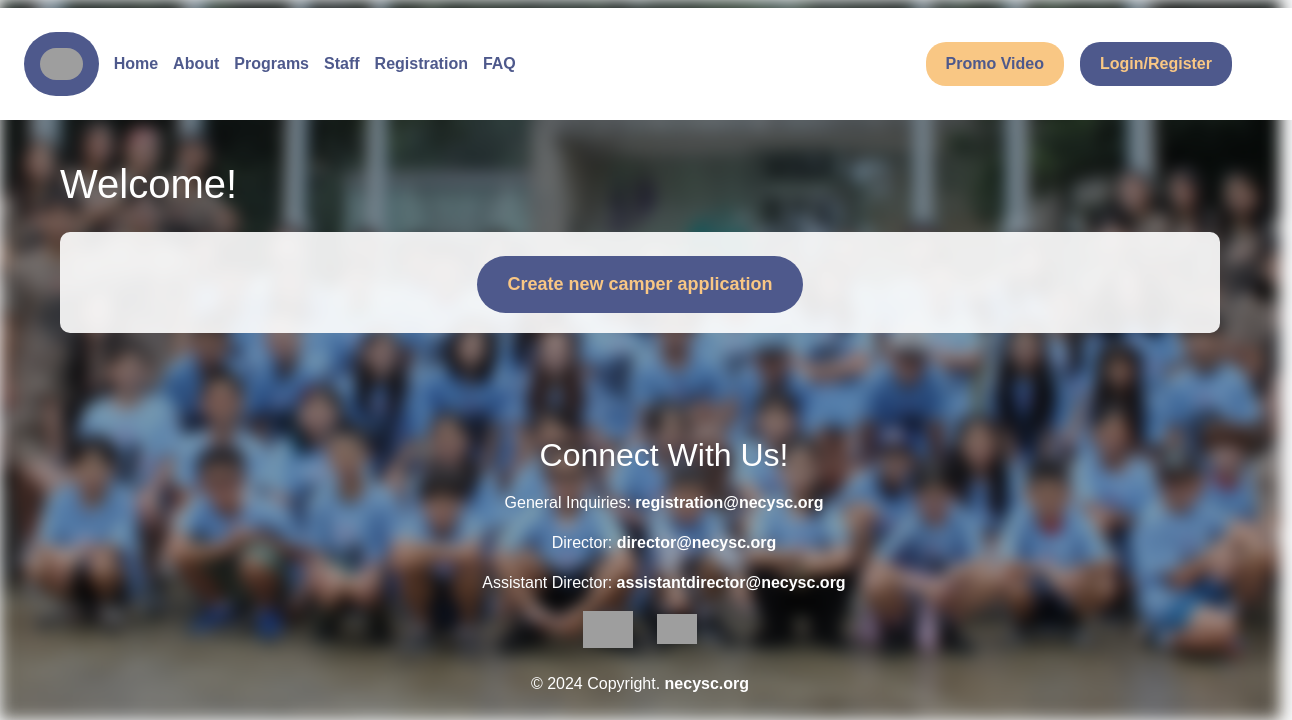
Repository: fullstackatbrown/project-necysc
Page: necysc_app/templates/necysc_app/applicant/index.html
The author's editor kept a copy of each file at every save. The page is drawn from the files as they stood at one save, then again after a run of saves.
The browser window is 1280 px wide. The page is 1292 px wide, so the pictures cover 1292 px, including what lies to the right of the window. The pictures show the whole page.
Pictures or frames that could not be fetched are drawn as grey boxes. Some web fonts or font styles are not loaded; a fallback is used. The template is drawn by Django 5.2. The application's start-up code is not run. The template is opened directly, without the code that normally fills it, so the values that code supplies are empty.

Above is the page before, as saved 2024-12-04 01:54:45.

After the next 2 saves:
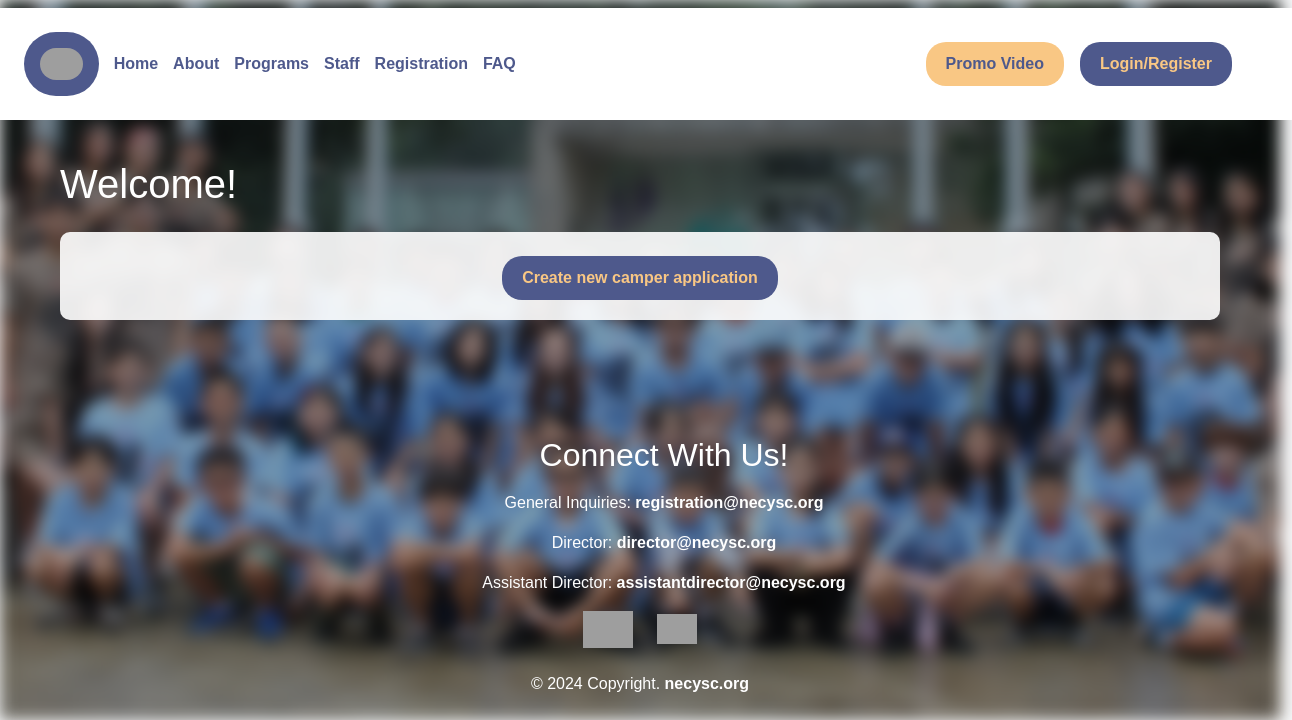
The 2 saves are shown as one change because they came seconds apart.
The last was saved 7 s later.
--- a/necysc_app/templates/necysc_app/applicant/index.html
+++ b/necysc_app/templates/necysc_app/applicant/index.html
@@ -99,24 +99,6 @@
 }
 
 
-.btn-purple {
-    background-color: #4e598c;
-    color: #f9c784;
-    transition: all 0.3s ease;
-    border: none;
-    padding: 15px 30px; /* 增加按钮的内边距 */
-    cursor: pointer;
-    width: auto; /* 取消固定宽度 */
-    font-size: 18px; /* 增加字体大小 */
-    border-radius: 50px;
-}
-
-.btn-purple:hover {
-    background-color: #f9c784;
-    color: #ffffff;
-}
-
-/* 放大按钮效果 */
 .enlarged-btn {
     transform: scale(1); /* 默认比例 */
     transition: transform 0.3s ease;

After the save that followed:
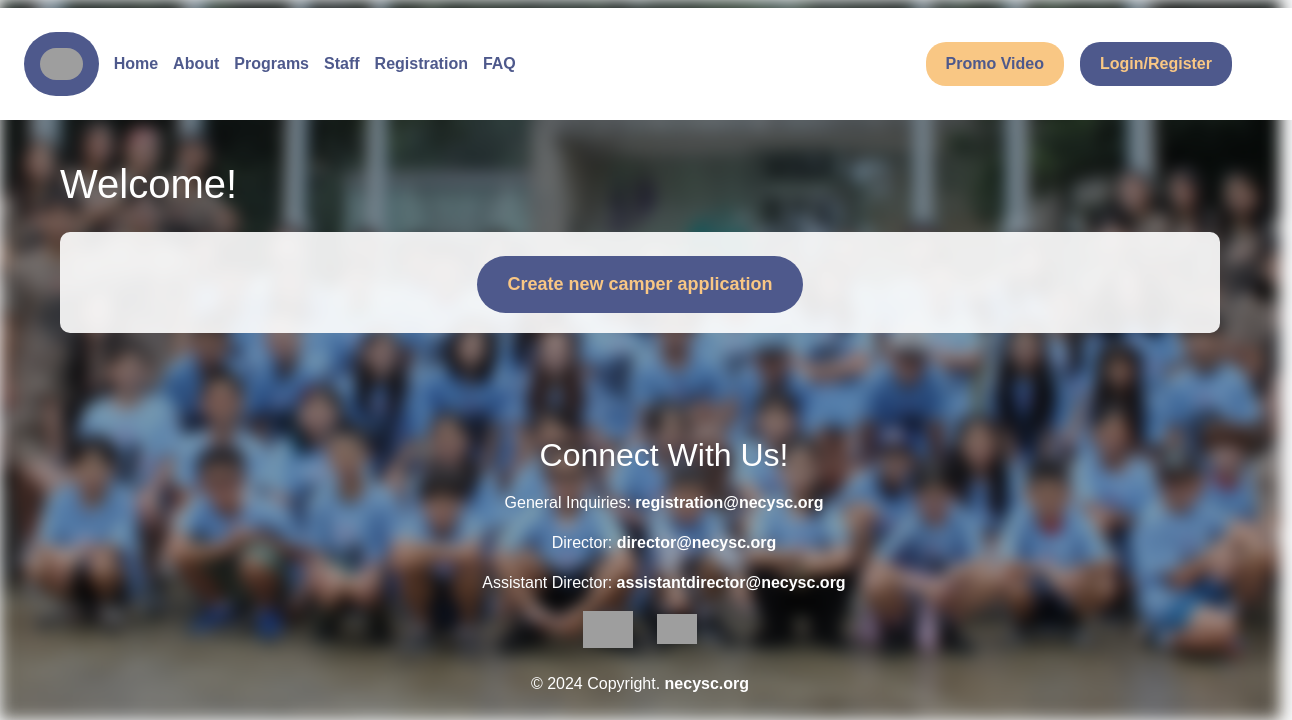
Saved 5 s later.
--- a/necysc_app/templates/necysc_app/applicant/index.html
+++ b/necysc_app/templates/necysc_app/applicant/index.html
@@ -99,6 +99,24 @@
 }
 
 
+.btn-purple {
+    background-color: #4e598c;
+    color: #f9c784;
+    transition: all 0.3s ease;
+    border: none;
+    padding: 15px 30px; /* 增加按钮的内边距 */
+    cursor: pointer;
+    width: auto; /* 取消固定宽度 */
+    font-size: 18px; /* 增加字体大小 */
+    border-radius: 50px;
+}
+
+.btn-purple:hover {
+    background-color: #f9c784;
+    color: #ffffff;
+}
+
+/* 放大按钮效果 */
 .enlarged-btn {
     transform: scale(1); /* 默认比例 */
     transition: transform 0.3s ease;
